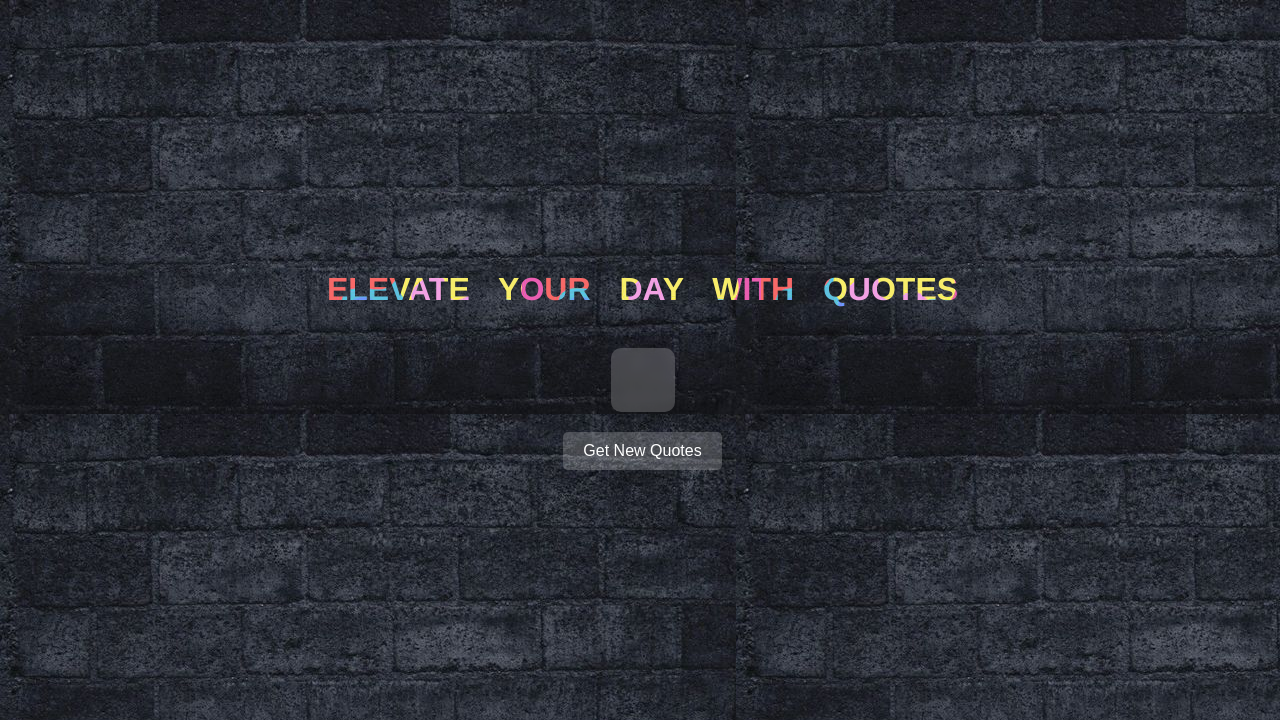
Repository: Bhavik-Sanghar/Quote-app
Page: /
These files come from the project's save history. The page is drawn as it stood at one moment and after the next save; the edit follows.
The browser window is 1280 px wide. The pictures show the whole page.
The page's requests for data from a server got no answer. The project was rebuilt for these pictures with package versions that can differ from the ones it lists, and the page was loaded fresh each time. No one was signed in, and anything a server would have sent is missing. Also part of the build but not shown: src/styles.css.

Above is the page before, as saved 2023-08-18 17:12:27.

### src/App.js
import React from 'react';
import './styles.css';
import QuoteComponent from './components/NewQuote'

function App() {
  return (
    <div className="App">

      <QuoteComponent/>


    </div>
  );
}

export default App;

### src/components/NewQuote.js
import React, { useEffect, useState } from "react";
import axios from "axios";
import './New.css'

const QuoteComponent = () => {
  const [quotes, setQuotes] = useState([]);
  const category = "inspirational";
  const apiKey = "EgtS4gqLsbjvHM2bBjKwBA==PYmsGLFQFXQzq0Na";

  useEffect(() => {
    fetchQuotes();
  }, []);

  const fetchQuotes = async () => {
    try {
      const response = await axios.get(
        `https://api.api-ninjas.com/v1/quotes?category=${category}&limit=1`, // Fetching 5 quotes
        {
          headers: { "X-Api-Key": apiKey },
        }
      );
      setQuotes(response.data);
    } catch (error) {
      console.error("Error: ", error);
    }
  };

  const handleFetchNewQuotes = () => {
    setQuotes([]); // Clear previous quotes immediately
    fetchQuotes();
  };

  return (
    <div className="quote-container">
      <h1>Elevate Your Day with Quotes</h1>
      <div className="card-container">
        {quotes.map((quote, index) => (
          <div key={index} className="card">
            <p className="quote-text">{quote.quote}</p>
            <p className="author">- {quote.author}</p>
          </div>
        ))}
      </div>
      <button className="fetch-button" onClick={handleFetchNewQuotes}>
        Get New Quotes
      </button>
    </div>
  );
};

export default QuoteComponent;

### src/components/New.css
.quote-container {
  padding: auto;
  padding-left: 5px;
  display: flex;
  flex-direction: column;
  justify-content: center;
  align-items: center;
  min-height: 100vh;
  background-color: black;
  background-image: url(./bg.jpg);
  transition: background-image 0.5s ease-in-out; /* Add transition for smooth image change */
  color: white;
  position: relative; /* Required for positioning pseudo-element */
  overflow: hidden; /* Hide overflowing pseudo-element content */
}

.quote-container h1 {
  z-index: 2;
  margin: 20px;
  background-image: url(./h1.jpg);
  background-repeat: repeat;
  opacity: 0;
  -webkit-background-clip: text;
  -webkit-text-fill-color: transparent;
  text-align: center;
  word-spacing: 20px;
  font-weight: bold;
  text-transform: uppercase;
  font-family: "Steelfish Rg", "helvetica neue";
  font-weight: 800;
  -webkit-font-smoothing: antialiased;
  transition: background-color 0.3s ease-in-out;
  animation: fadeInHeading 2s ease-in-out 0.5s forwards;
}

.card:hover {
  /* Example animation - scale up on hover */
  transform: scale(1.05);
  transition: transform 0.3s ease-in-out;
}

.author:hover {
  /* Example animation - change text color on hover */
  color: #00e5ff; /* Change to your desired color */
  transition: color 0.3s ease-in-out;
}
.quote-container h1:hover {
  font-size: 2.2em;
  transition: font-size 0.3s ease-in-out;
}

.fetch-button {
  opacity: 0;
  animation: fadeInQuotes 3s ease-in-out 1s forwards;
  background-color: hsla(0, 0%, 100%, 0.2);
  border: none;
  color: white;
  cursor: pointer;
  font-size: 16px;
  padding: 10px 20px;
  border-radius: 5px;
  transition: background-color 0.3s ease-in-out;
}

.fetch-button:hover {
  background-color: rgba(255, 255, 255, 0.1);
}

.card-container {
  opacity: 0;
  z-index: 2;
  margin: 20px;
  backdrop-filter: blur(5px);
  background-color: hsla(0, 0%, 100%, 0.2);
  border-radius: 10px;
  padding: 2rem;
  font-size: larger;
  font-family: "Times New Roman", Times, serif;
  opacity: 0; /* Set initial opacity to 0 */
  animation: fadeInQuotes 3s ease-in-out 1s forwards,
    fadeInBackground 3s ease-in-out 1s forwards;
  position: relative; /* Ensure proper z-index behavior */
}

@keyframes fadeInHeading {
  from {
    opacity: 0;
    transform: translateY(-20px);
  }
  to {
    opacity: 1;
    transform: translateY(0);
  }
}

@keyframes fadeInQuotes {
  from {
    opacity: 0;
    transform: translateY(20px);
  }
  to {
    opacity: 1;
    transform: translateY(0);
  }
}

@keyframes fadeInBackground {
  from {
    opacity: 0;
  }
  to {
    opacity: 1;
  }
}

Loaded but not shown: public/index.html (common file); src/index.js (common file); src/index.css (common file); src/reportWebVitals.js (common file)

After the next save:
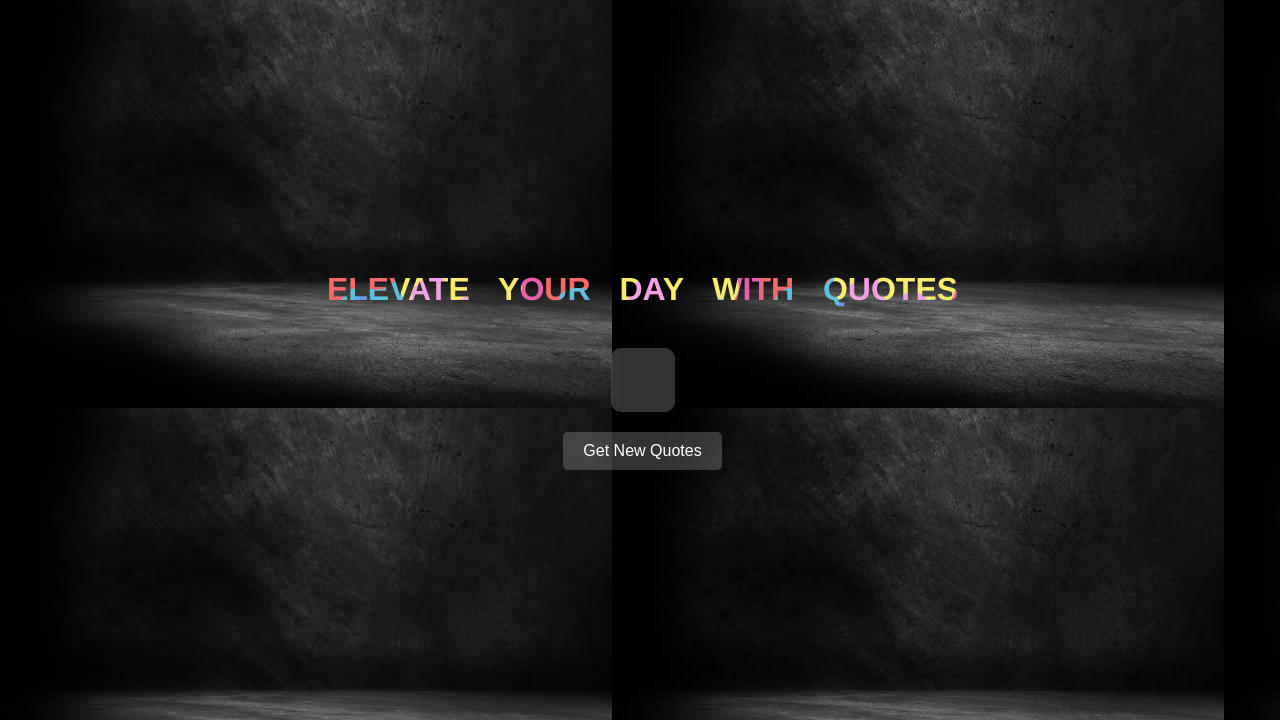
Saved 3 min 15 s later.
--- a/src/components/New.css
+++ b/src/components/New.css
@@ -7,7 +7,7 @@
   align-items: center;
   min-height: 100vh;
   background-color: black;
-  background-image: url(./bg.jpg);
+  background-image: url(./bg2.jpg);
   transition: background-image 0.5s ease-in-out; /* Add transition for smooth image change */
   color: white;
   position: relative; /* Required for positioning pseudo-element */

After the save that followed:
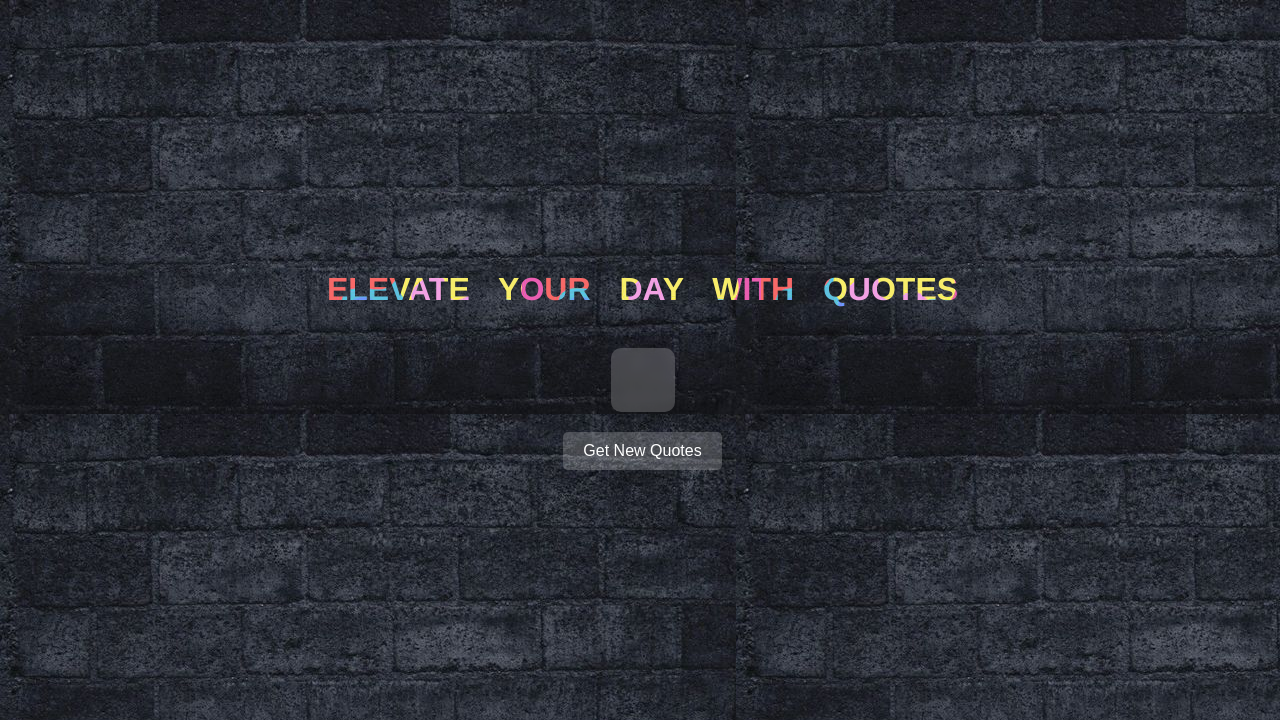
Saved 88 s later.
--- a/src/components/New.css
+++ b/src/components/New.css
@@ -7,7 +7,7 @@
   align-items: center;
   min-height: 100vh;
   background-color: black;
-  background-image: url(./bg2.jpg);
+  background-image: url(./bg.jpg);
   transition: background-image 0.5s ease-in-out; /* Add transition for smooth image change */
   color: white;
   position: relative; /* Required for positioning pseudo-element */
